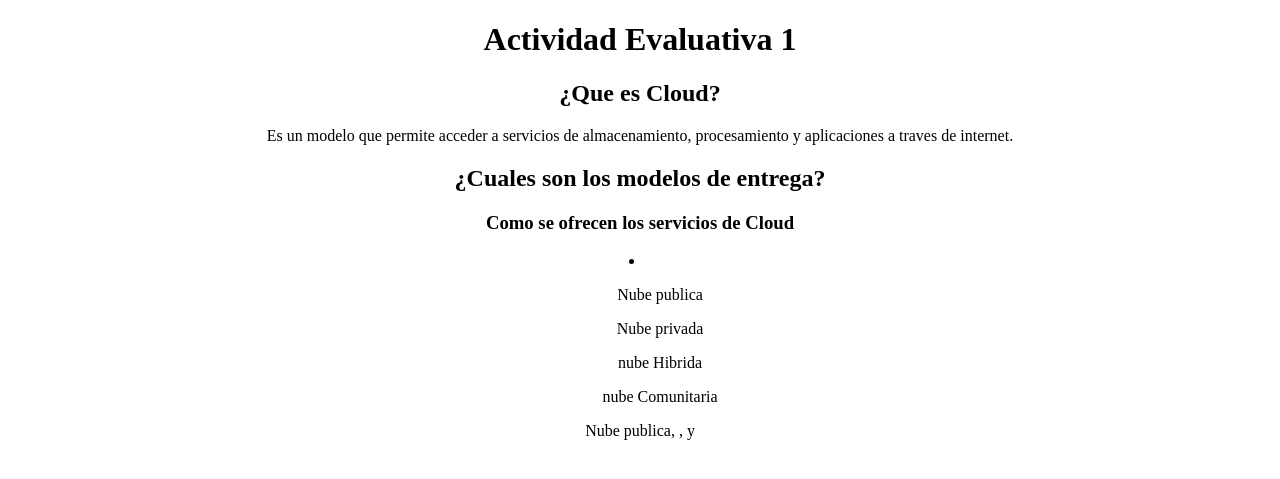
Repository: Laura-Oliveros/Actividad-Evaluativa-1
Page: LauSebas.html
The author's editor kept a copy of each file at every save. The page is drawn from the files as they stood at one save, then again after the next save.
The browser window is 1280 px wide. The pictures show the whole page.

Above is the page before, as saved 2025-09-04 18:53:38.

After the next save:
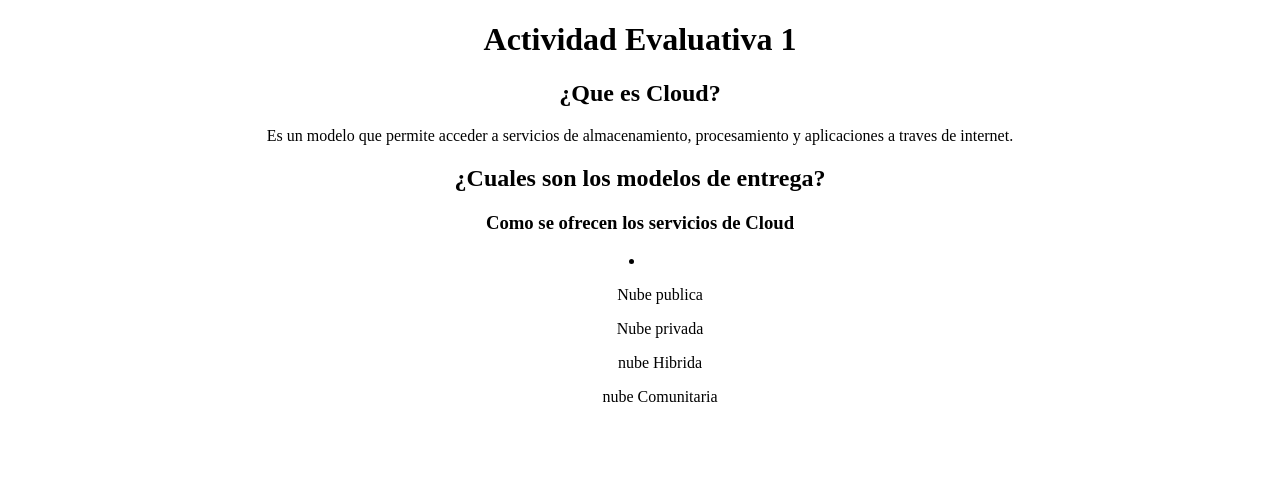
Saved 5 s later.
--- a/LauSebas.html
+++ b/LauSebas.html
@@ -21,7 +21,6 @@
             <ul>nube Hibrida</ul>
             <ul>nube Comunitaria</ul>
         </li>
-        <p>Nube publica, ,  y </p>
 
 </body>
 </html>
